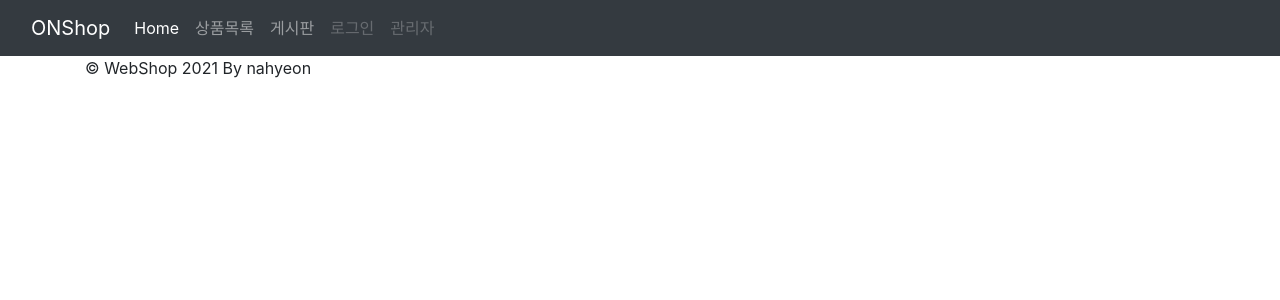
Repository: HimNahyeon/devClassBackup
Page: http://localhost/WebShop/product/products.jsp
The author's editor kept a copy of each file at every save. The page is drawn from the files as they stood at one save, then again after the next save.
The browser window is 1280 px wide. The pictures show the whole page.
The page is served by Tomcat 9. Other server files are loaded and not shown. Queries for data that is not in the repository find no rows.

Above is the page before, as saved 2021-11-03 02:38:29.

### jsp/WebShop/WebContent/product/products.jsp
<%@page import="dao.ProductDAO"%>
<%@page import="dao.ProductObj"%>
<%@page import="java.util.ArrayList"%>
<%@ page language="java" contentType="text/html; charset=UTF-8"
    pageEncoding="UTF-8"%>
<link rel="stylesheet" href="https://stackpath.bootstrapcdn.com/bootstrap/4.3.1/css/bootstrap.min.css" integrity="sha384-ggOyR0iXCbMQv3Xipma34MD+dH/1fQ784/j6cY/iJTQUOhcWr7x9JvoRxT2MZw1T" crossorigin="anonymous">
<!DOCTYPE html>
<html>
<head>
<meta charset="UTF-8">
<title>Insert title here</title>
</head>
<body>
	<jsp:include page="../header.jsp"></jsp:include>

	<%
		ArrayList<ProductObj> products = (new ProductDAO()).getList();
	%>

		<div class="container"></div>

	<jsp:include page="../footer.jsp"></jsp:include>
</body>
</html>

### jsp/WebShop/WebContent/header.jsp
<%@ page language="java" contentType="text/html; charset=UTF-8"
    pageEncoding="UTF-8"%>
<link rel="stylesheet" href="https://stackpath.bootstrapcdn.com/bootstrap/4.3.1/css/bootstrap.min.css" integrity="sha384-ggOyR0iXCbMQv3Xipma34MD+dH/1fQ784/j6cY/iJTQUOhcWr7x9JvoRxT2MZw1T" crossorigin="anonymous">

<nav class="navbar navbar-expand-lg navbar-dark bg-dark">
  <div class="container-fluid">
    <a class="navbar-brand" href="#">ONShop</a>
    <button class="navbar-toggler" type="button" data-bs-toggle="collapse" data-bs-target="#navbarNav" aria-controls="navbarNav" aria-expanded="false" aria-label="Toggle navigation">
      <span class="navbar-toggler-icon"></span>
    </button>
    <div class="collapse navbar-collapse" id="navbarNav">
      <ul class="navbar-nav">
        <li class="nav-item">
          <a class="nav-link active" aria-current="page" href="#">Home</a>
        </li>
        <li class="nav-item">
          <a class="nav-link" href="#">상품목록</a>
        </li>
        <li class="nav-item">
          <a class="nav-link" href="#">게시판</a>
        </li>
        <li class="nav-item">
          <a class="nav-link disabled">로그인</a>
        </li>
        <li class="nav-item">
          <a class="nav-link disabled">관리자</a>
        </li>
      </ul>
    </div>
  </div>
</nav>

### jsp/WebShop/WebContent/footer.jsp
<%@ page language="java" contentType="text/html; charset=UTF-8"
    pageEncoding="UTF-8"%>
<link rel="stylesheet" href="https://stackpath.bootstrapcdn.com/bootstrap/4.3.1/css/bootstrap.min.css" integrity="sha384-ggOyR0iXCbMQv3Xipma34MD+dH/1fQ784/j6cY/iJTQUOhcWr7x9JvoRxT2MZw1T" crossorigin="anonymous">

<footer class="container">
	<p>&copy; WebShop 2021 By nahyeon</p>
</footer>

### jsp/WebShop/src/dao/ProductDAO.java
package dao;

import java.sql.*;
import java.util.ArrayList;
import javax.naming.NamingException;

import util.ConnectionPool;

public class ProductDAO {
	public ArrayList<ProductObj> getList() throws
	NamingException, SQLException{
		Connection conn = null;
		PreparedStatement stmt = null;
		ResultSet rs = null;

		try {
			String sql = "SELECT pid, pname, pdescription, pprice, pfilename FROM product";
				conn = ConnectionPool.get();
				stmt = conn.prepareStatement(sql);
				rs = stmt.executeQuery();

				ArrayList<ProductObj> products = new ArrayList<ProductObj>();
				while(rs.next()) {
					products.add(new ProductObj(rs.getString("pid"),rs.getString("pname"),
							rs.getString("pdescription"), rs.getString("pprice"),
							rs.getString("pfilename")));
				}return products;
		}finally {
			if(rs != null) rs.close();
			if(conn != null) conn.close();
			if(stmt != null) stmt.close();
		}
	}
}

### jsp/WebShop/src/util/ConnectionPool.java
package util;
import java.sql.Connection;
import java.sql.SQLException;
import javax.sql.DataSource;
import javax.naming.InitialContext;
import javax.naming.NamingException;

public class ConnectionPool {
	private static DataSource _ds = null;
	public static Connection get() throws NamingException, SQLException{
		if(_ds == null) {
			_ds = (DataSource)(new InitialContext()).lookup("java:comp/env/jdbc/webshop");
		}
		return _ds.getConnection();
	}
}

After the next save:
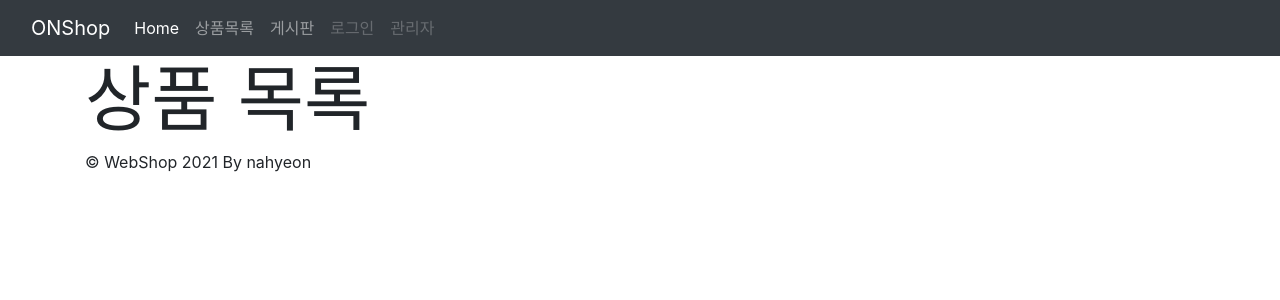
Saved 14 s later.
--- a/jsp/WebShop/WebContent/product/products.jsp
+++ b/jsp/WebShop/WebContent/product/products.jsp
@@ -17,7 +17,9 @@
 		ArrayList<ProductObj> products = (new ProductDAO()).getList();
 	%>
 
-		<div class="container"></div>
+		<div class="container">
+			<h1 class="display-3">상품 목록</h1>
+		</div>
 
 	<jsp:include page="../footer.jsp"></jsp:include>
 </body>
